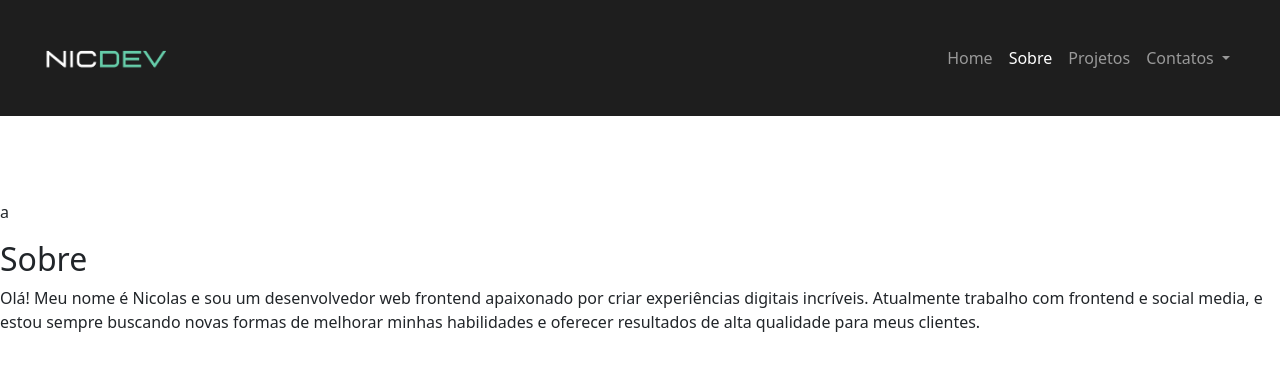
Repository: Leonngc/nicdev
Page: about.html
An editor plug-in stored every save of this project. The page is shown before and after a run of saves, followed by the edit.
The browser window is 1280 px wide. The pictures show the whole page.

Above is the page before, as saved 2023-04-15 13:46:57.

After the next 3 saves:
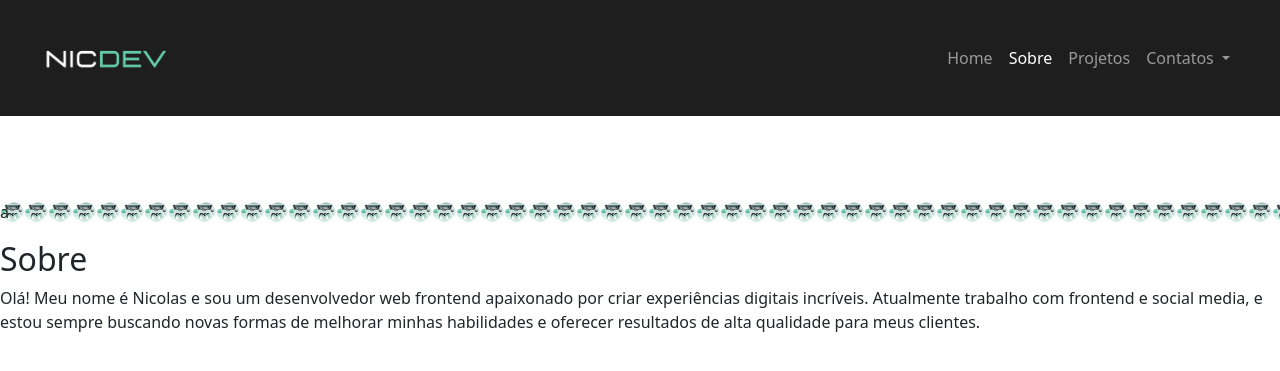
The 3 saves are shown as one change because they came seconds apart.
The last was saved 9 s later.
--- a/styles/about.css
+++ b/styles/about.css
@@ -18,5 +18,5 @@ main{
 }
 
 .background{
-    background-image: url();
+    background-image: url(../images/Code\ typing-bro.svg);
 }
